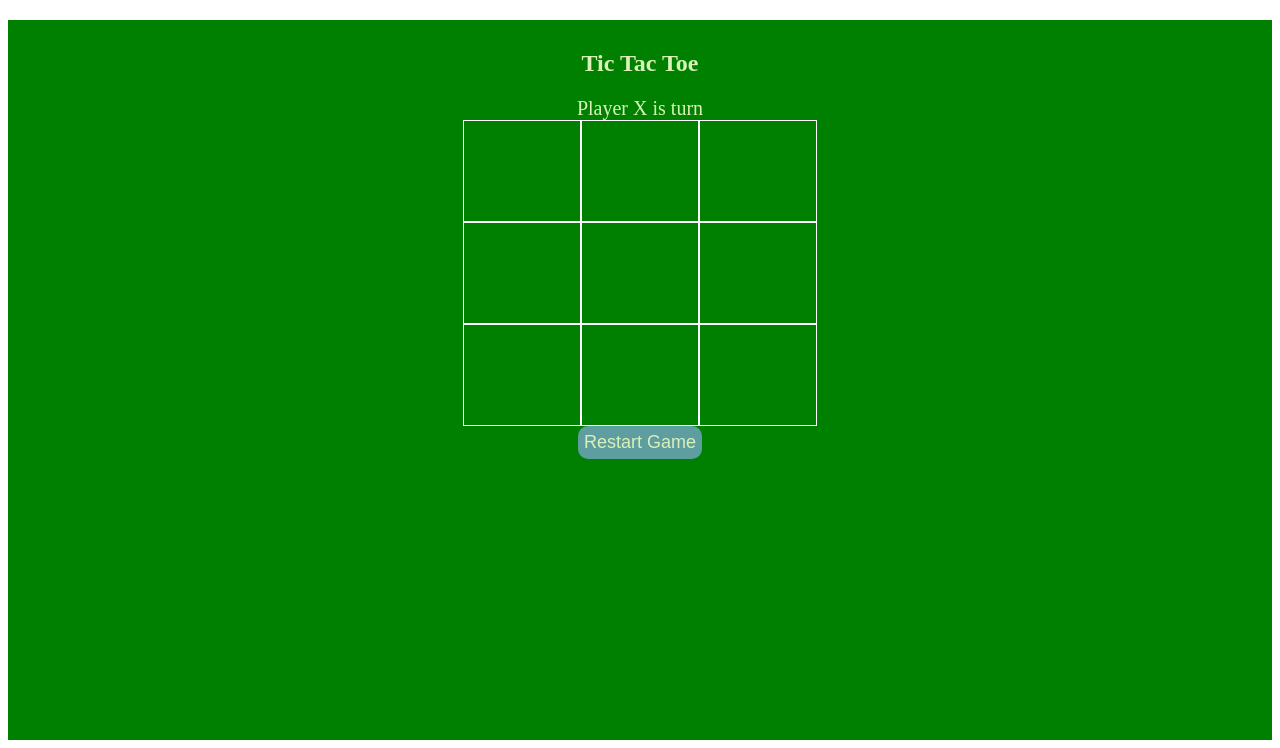
Repository: AnahitKhechumyan/tictac
Page: index.html
An editor plug-in stored every save of this project. The page is shown before and after the next save, followed by the edit.
The browser window is 1280 px wide. The pictures show the whole page.

Above is the page before, as saved 2022-02-07 01:14:21.

After the next save:
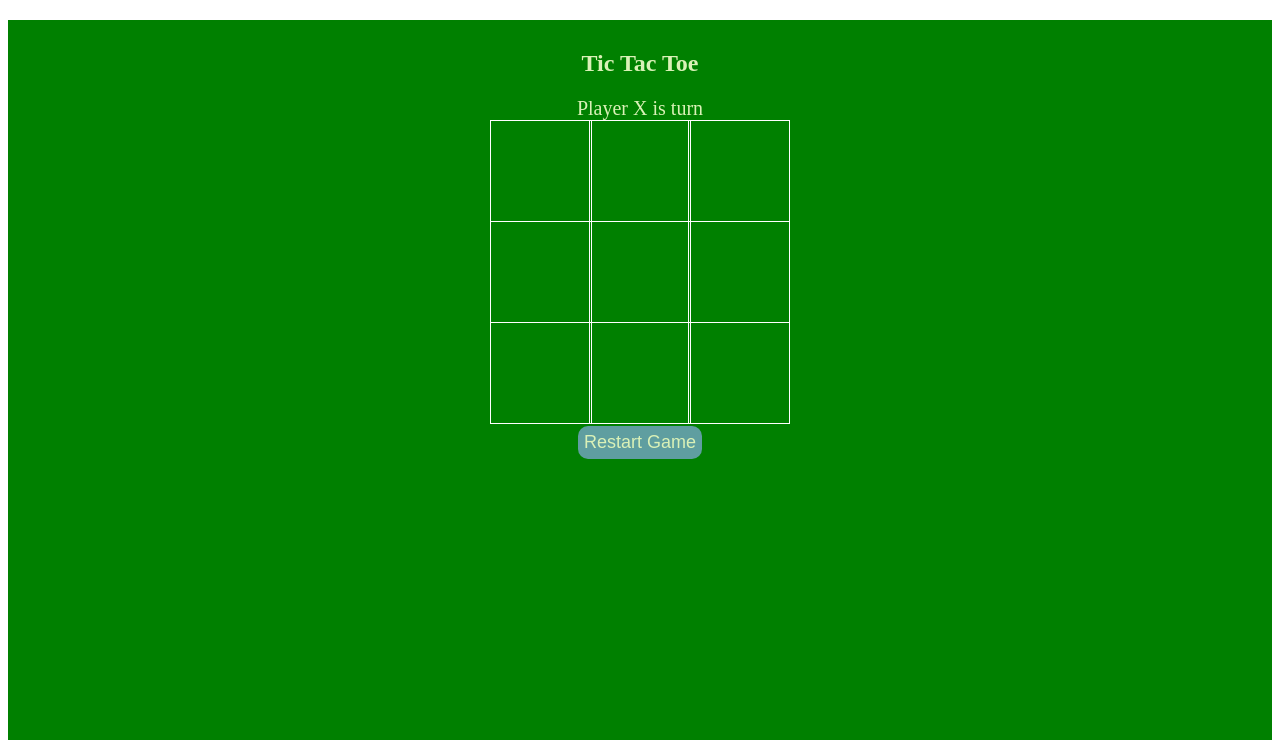
Saved 2 min 28 s later.
--- a/style.css
+++ b/style.css
@@ -7,11 +7,18 @@
 .display, h1, span{
     color:rgb(218, 241, 183);
 }
-.container{
+/*.container{
     margin-left: 36%;
     width: 28%;
     display: grid;
     grid-template-columns: repeat(3, 1fr);
+}*/
+.container {
+    margin: 0 auto;
+    display: grid;
+    grid-template-columns: 33% 33% 33%;
+    grid-template-rows: 33% 33% 33%;
+    max-width: 300px;
 }
 /*.box{
     border:1px solid black;
